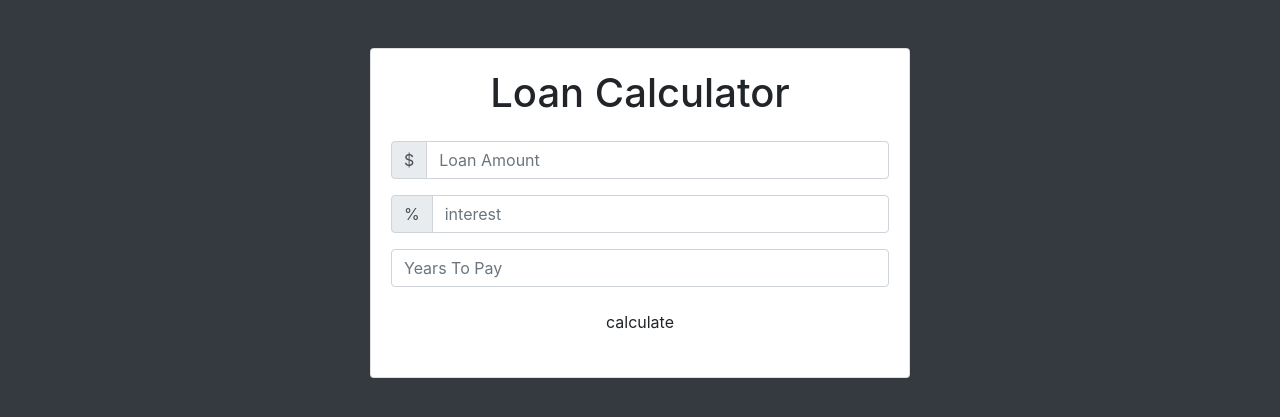
Repository: varun-project/LearningJs
Page: index.html
The author's editor kept a copy of each file at every save. The page is drawn from the files as they stood at one save, then again after the next save.
The browser window is 1280 px wide. The pictures show the whole page.

Above is the page before, as saved 2019-07-28 17:15:14.

### index.html
<!DOCTYPE html>
<html lang="en">
  <head>
    <!-- Required meta tags -->
    <meta charset="utf-8" />
    <meta
      name="viewport"
      content="width=device-width, initial-scale=1, shrink-to-fit=no"
    />

    <!-- Bootstrap CSS -->
    <link
      rel="stylesheet"
      href="https://stackpath.bootstrapcdn.com/bootstrap/4.3.1/css/bootstrap.min.css"
      integrity="sha384-ggOyR0iXCbMQv3Xipma34MD+dH/1fQ784/j6cY/iJTQUOhcWr7x9JvoRxT2MZw1T"
      crossorigin="anonymous"
    />

    <title>Hello, world!</title>
  </head>
  <body class="bg-dark">
    <div class="container">
      <div class="row">
        <div class="col-md-6 mx-auto">
          <div class="card card-body text-center mt-5">
            <h1 class="heading display-5 pb-3">Loan Calculator</h1>
            <form id="loan-form">
              <div class="form-group">
                <div class="input-group">
                  <div class="input-group-prepend">
                    <div class="input-group-text">$</div>
                  </div>
                  <input
                    type="number"
                    class="form-control"
                    id="amount"
                    placeholder="Loan Amount"
                  />
                </div>
              </div>
              <div class="form-group">
                  <div class="input-group">
                    <div class="input-group-prepend">
                      <div class="input-group-text">%</div>
                    </div>
                    <input
                      type="number"
                      class="form-control"
                      id="interest"
                      placeholder="interest"
                    />
                  </div>
                </div>
              <div class="form-group">
                  <input
                  type="number"
                  class="form-control"
                  id="years"
                  placeholder="Years To Pay"
                />
              </div>
              <div class="form-group">
                <input type="submit" value="calculate" class="btn btn-black">
              </div>

            </form>
          </div>
        </div>
      </div>
    </div>

    <!-- Optional JavaScript -->
    <!-- jQuery first, then Popper.js, then Bootstrap JS -->
    <script
      src="https://code.jquery.com/jquery-3.3.1.slim.min.js"
      integrity="sha384-q8i/X+965DzO0rT7abK41JStQIAqVgRVzpbzo5smXKp4YfRvH+8abtTE1Pi6jizo"
      crossorigin="anonymous"
    ></script>
    <script
      src="https://cdnjs.cloudflare.com/ajax/libs/popper.js/1.14.7/umd/popper.min.js"
      integrity="sha384-UO2eT0CpHqdSJQ6hJty5KVphtPhzWj9WO1clHTMGa3JDZwrnQq4sF86dIHNDz0W1"
      crossorigin="anonymous"
    ></script>
    <script
      src="https://stackpath.bootstrapcdn.com/bootstrap/4.3.1/js/bootstrap.min.js"
      integrity="sha384-JjSmVgyd0p3pXB1rRibZUAYoIIy6OrQ6VrjIEaFf/nJGzIxFDsf4x0xIM+B07jRM"
      crossorigin="anonymous"
    ></script>
  </body>
</html>

After the next save:
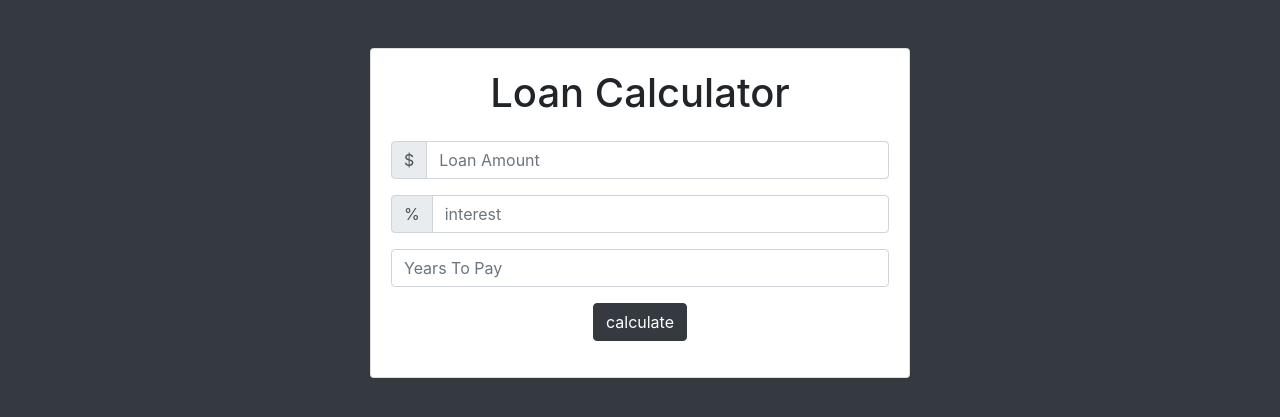
Saved 14 s later.
--- a/index.html
+++ b/index.html
@@ -60,7 +60,7 @@
                 />
               </div>
               <div class="form-group">
-                <input type="submit" value="calculate" class="btn btn-black">
+                <input type="submit" value="calculate" class="btn btn-dark">
               </div>
 
             </form>
